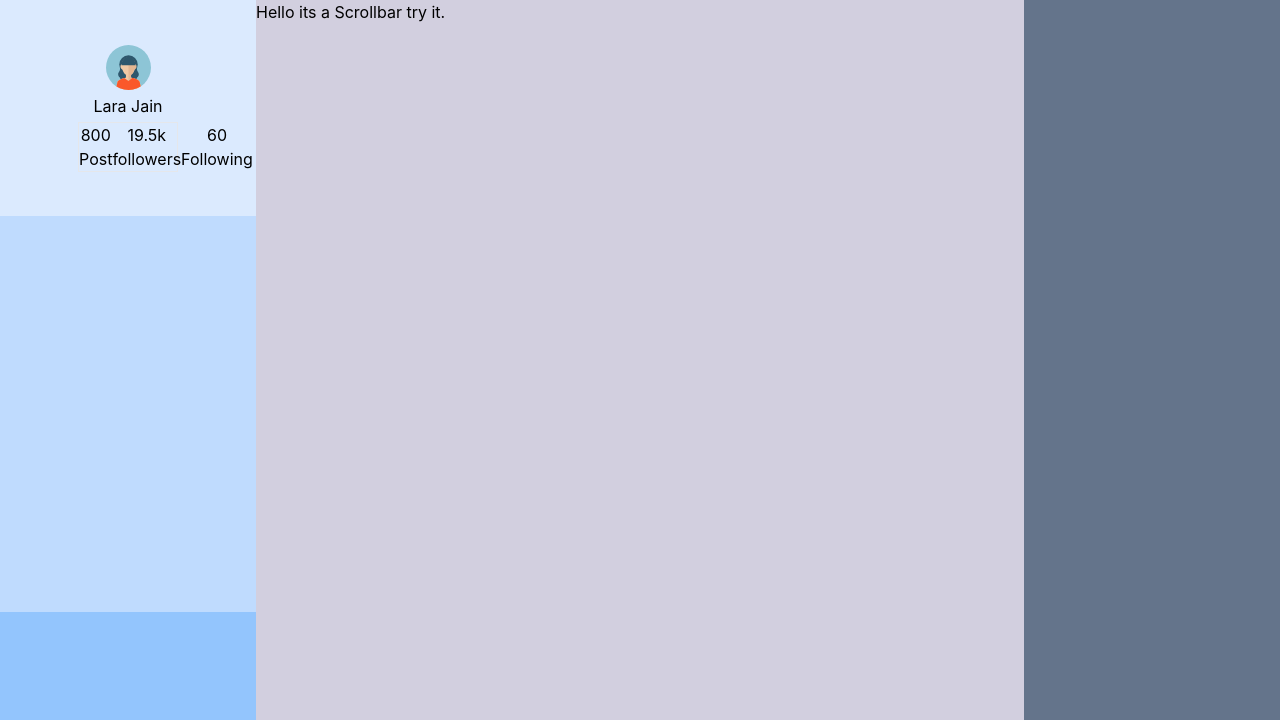
Repository: cosmicswati/upgrad-captions-project
Page: /
An editor plug-in stored every save of this project. The page is shown before and after the next save, followed by the edit.
The browser window is 1280 px wide. The pictures show the whole page.
An inner scrolling area shows only its first screen. The project was rebuilt for these pictures with package versions that can differ from the ones it lists, and the page was loaded fresh each time. Also part of the build but not shown: src/components/Input/index.js, src/components/Button/index.js, src/modules/Authorization/Form.jsx, src/modules/Authorization/index.js.

Above is the page before, as saved 2024-04-09 13:58:31.

After the next save:
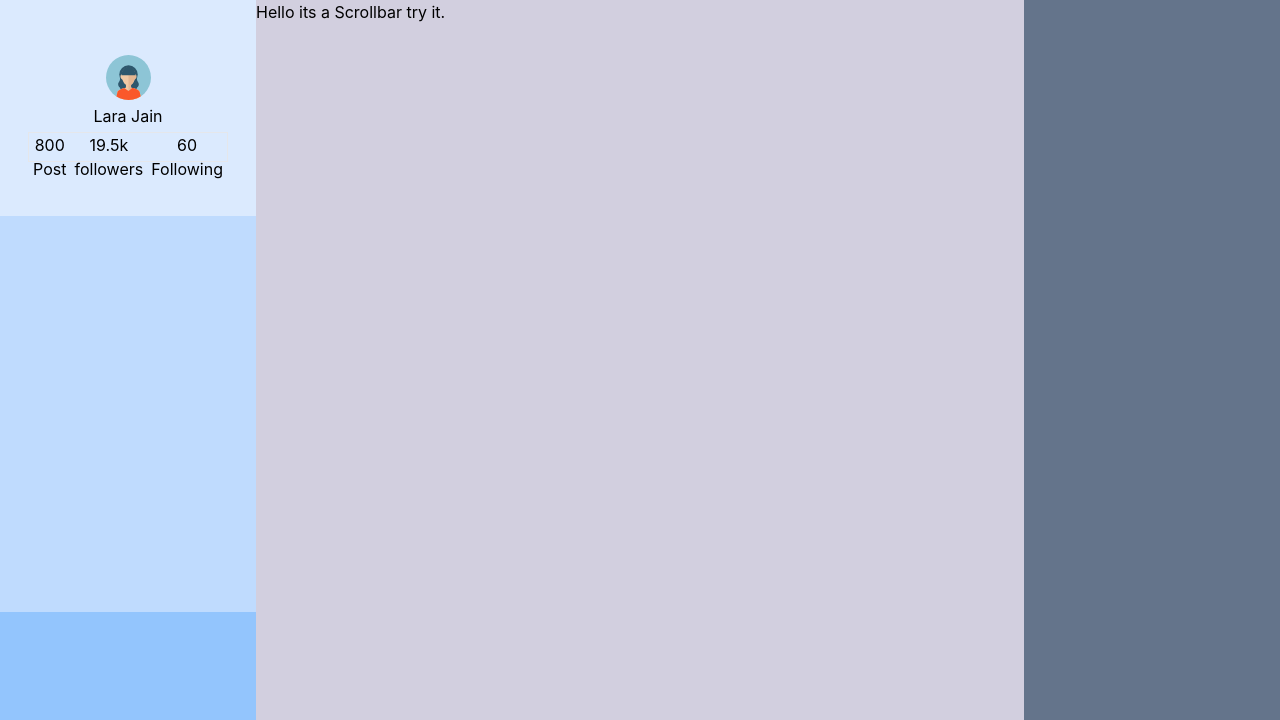
Saved 26 s later.
--- a/src/modules/Home/index.js
+++ b/src/modules/Home/index.js
@@ -9,7 +9,7 @@ const Home = () => {
                 <div className='flex flex-col justify-center items-center'>
                     <Avatar width={'45px'} height={'45px'}/>
                     <p className='my-1'>Lara Jain</p>
-                    <div className='border h-[50px] flex justify-around w-[100px] text-center'>
+                    <div className='border h-[30px] flex justify-around w-[200px] text-center'>
                         <div className='flex flex-col justify-around items-center'>
                             <h4>800</h4>
                             <p>Post</p>
